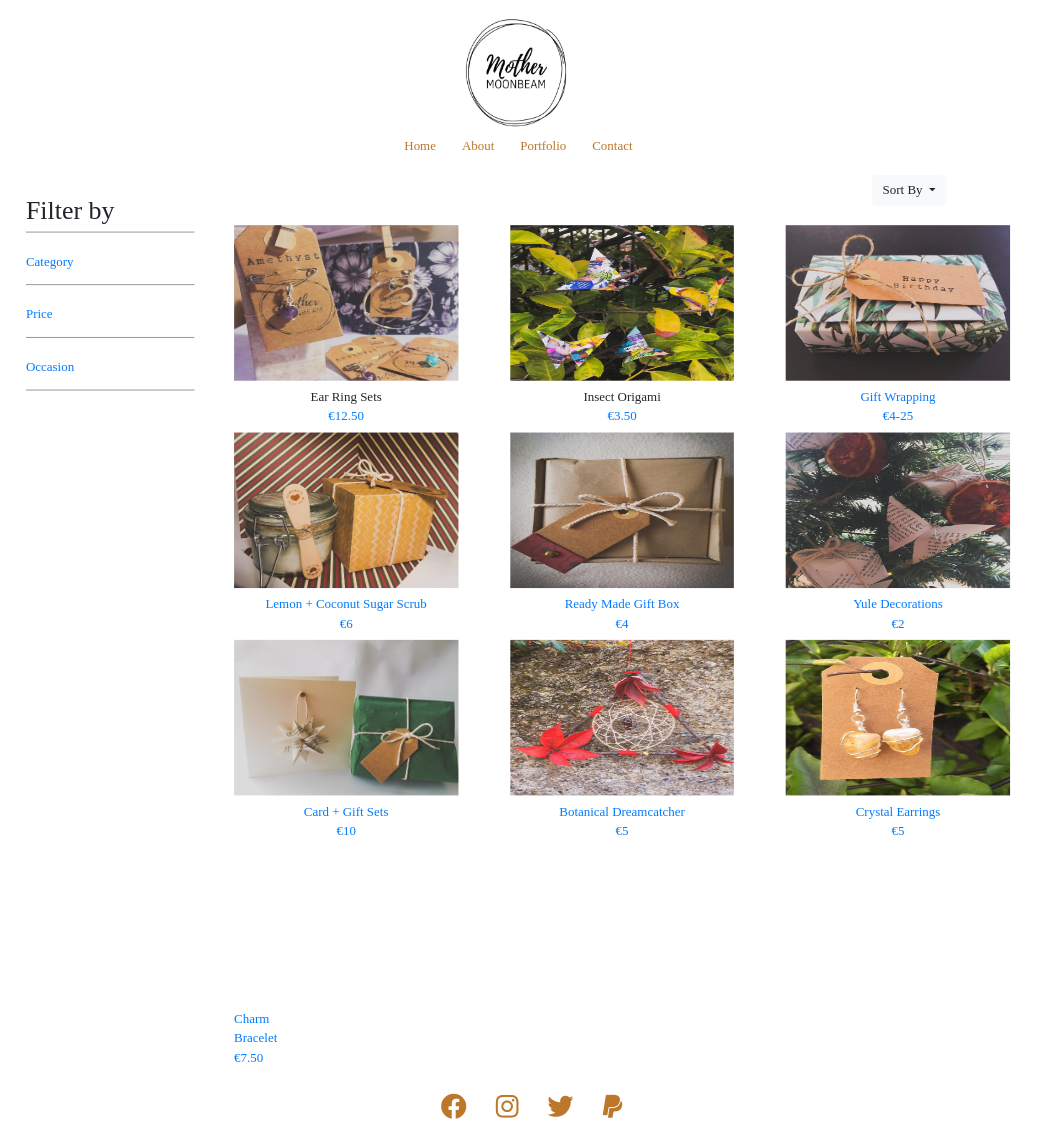
Repository: brianscan14/FE-1st-Milestone-Project
Page: Porfolio.html
The author's editor kept a record of every edit. The page is drawn from the files as they stood at one moment, then again after the next edit.
The browser window is 1280 px wide. The page is 1295 px wide, so the pictures cover 1295 px, including what lies to the right of the window. The pictures show the whole page, at 81% of full size.
Some web libraries are served in a nearby version.

Above is the page before.

After the next edit:
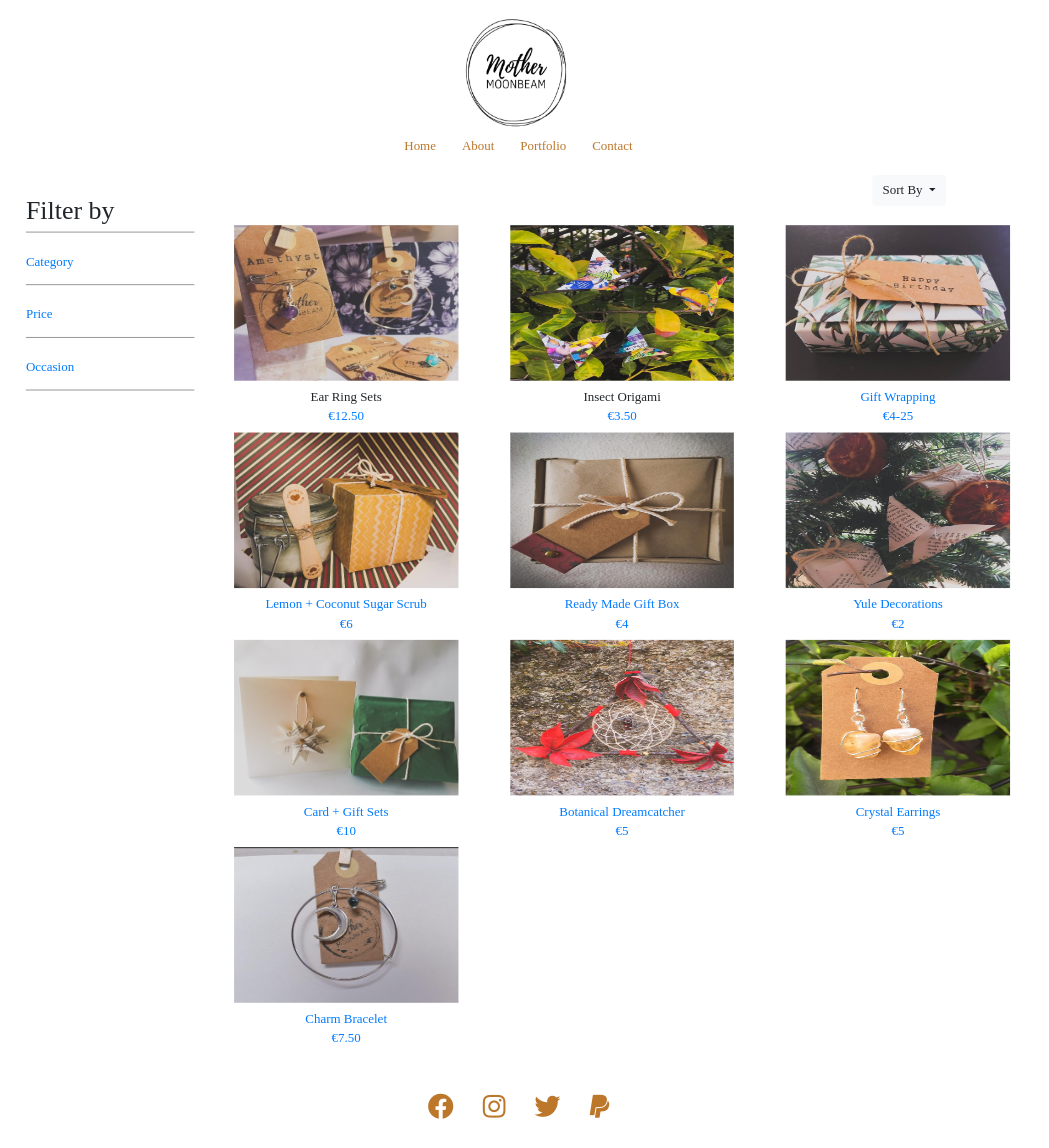
The edit:
--- a/Porfolio.html
+++ b/Porfolio.html
@@ -190,7 +190,7 @@
     <div class="col-6 col-md-4 shop-item">
             <img class="shop-item1" src="./assets/images/shopitems/item10.jpg"></img>
         <div class="shop-photo-title">Charm Bracelet
-            <p>€7.50</p>
+            <a href="#"><p>€7.50</p></a>
         </div>
     </div>
 
